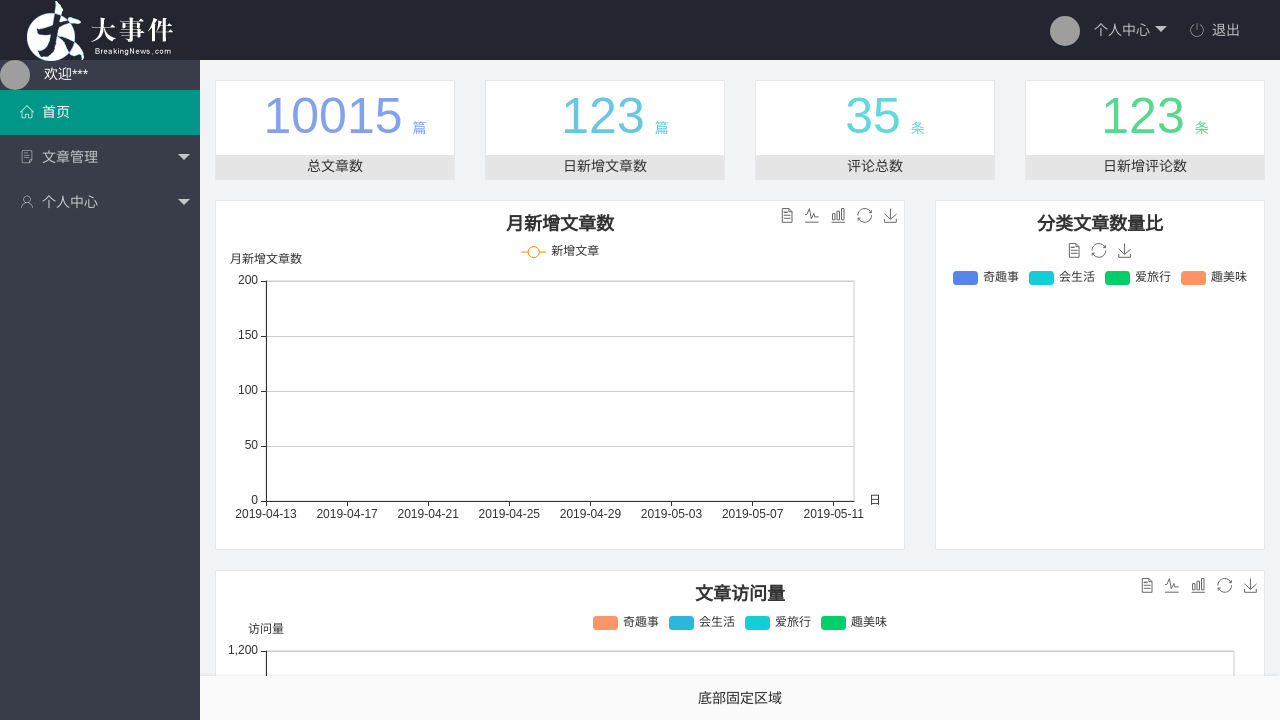
Repository: 1zhoukexin/web_aad
Page: index.html
These files come from the project's save history. The page is drawn as it stood at one moment and after the next save; the edit follows.
The browser window is 1280 px wide. The pictures show the whole page.
Pictures or frames that could not be fetched are drawn as grey boxes.

Above is the page before, as saved 2021-04-16 20:51:38.

After the next save:
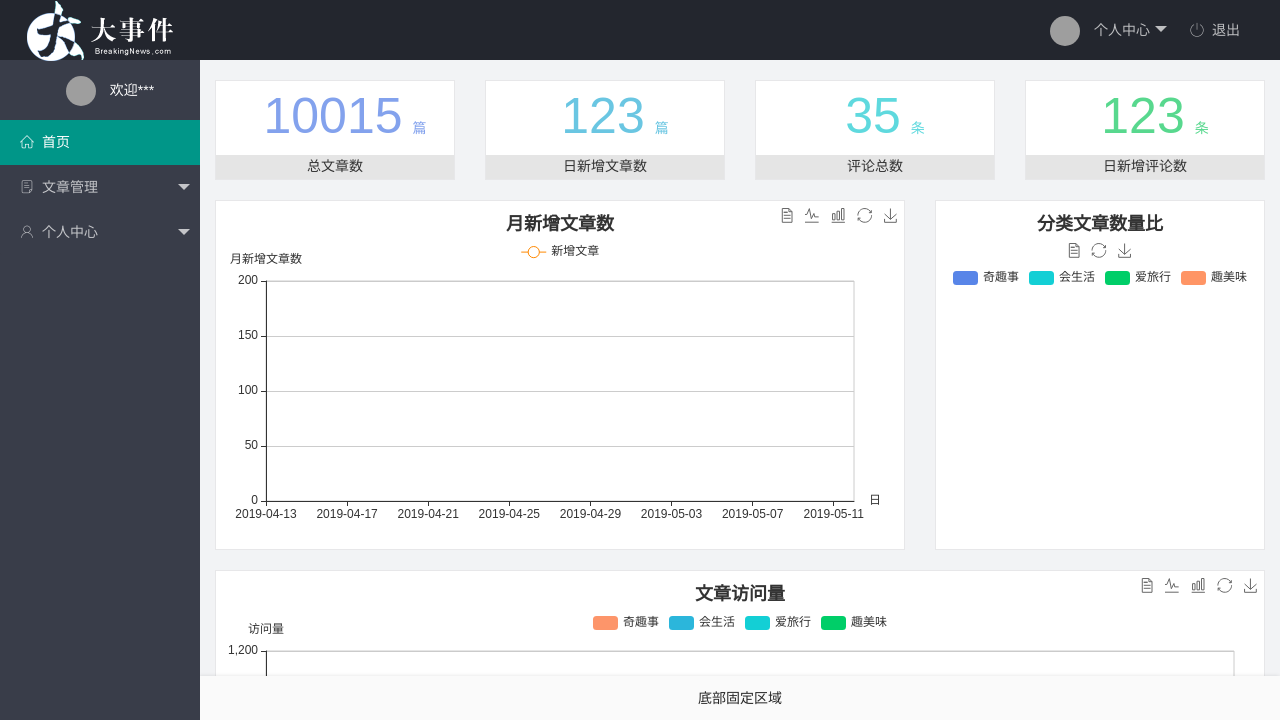
Saved 2 min 38 s later.
--- a/assets/css/index.css
+++ b/assets/css/index.css
@@ -23,3 +23,9 @@ iframe {
 a {
     transition: none !important;
 }
+
+.userinfo {
+    height: 60px;
+    line-height: 60px;
+    text-align: center;
+}
